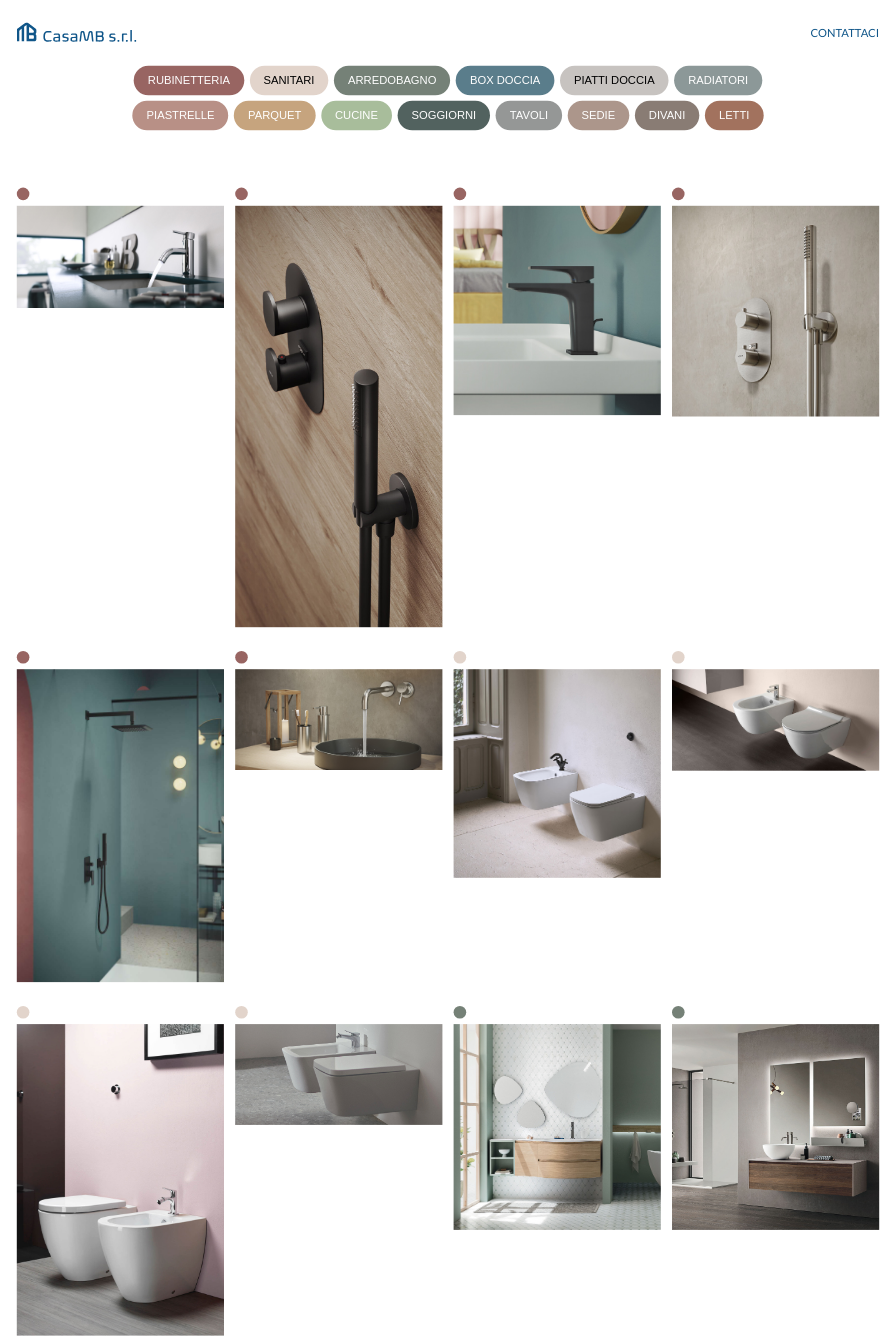
Repository: nicolorz/casamb
Page: /
An editor plug-in stored every save of this project. The page is shown before and after the next save, followed by the edit.
The browser window is 1280 px wide. The pictures show the part of the page from y = 0 to 1920 px (the page is 6912 px tall before and 4666 px after), at 70% of full size.
The project was rebuilt for these pictures with package versions that can differ from the ones it lists, and the page was loaded fresh each time. Also part of the build but not shown: src/index.css, src/App.css.

Above is the page before, as saved 2023-07-19 19:26:04.

### src/index.js
import React from 'react';
import ReactDOM from 'react-dom/client';
import './index.css';
import './assets/css/reset.css'
import './assets/css/style.css'
import App from './App';
import reportWebVitals from './reportWebVitals';

const root = ReactDOM.createRoot(document.getElementById('root'));
root.render(
  <React.StrictMode>
    <App />
  </React.StrictMode>
);

// If you want to start measuring performance in your app, pass a function
// to log results (for example: reportWebVitals(console.log))
// or send to an analytics endpoint. Learn more: https://bit.ly/CRA-vitals
reportWebVitals();

### src/assets/css/style.css
@import url('https://fonts.googleapis.com/css2?family=Lato:ital,wght@0,300;0,400;0,700;1,300;1,400;1,700&display=swap');

html, body {
  margin: 0;
  padding: 0;
  font-size: 16px;
  font-family: 'Lato', sans-serif;
}

.main-wrapper {
  width: 100vw;
  background-color: #fff;
  padding: 0 24px 10rem 24px;
  box-sizing: border-box;
}

a:link, a:visited {
  color: #105689;
  text-decoration: none;
}

### src/App.js
import logo from './logo.svg';
import './App.css';
import  {Header} from './components/HeaderWrapper/HeaderWrapper';
import { CardWrapper } from './components/CardWrapper/CardWrapper';

function App() {

  return (
    <div className="main-wrapper">
      <Header />
      <CardWrapper />
    </div>
  );
}

export default App;

### src/components/HeaderWrapper/HeaderWrapper.js
import './Header.css'
import { HeaderBottom } from './HeaderBottom'
import { HeaderTop } from './HeaderTop'

export const Header = () => {
    return <div id="header" className="header">
        <HeaderTop />
        <HeaderBottom />
    </div>
}

### src/components/CardWrapper/CardWrapper.js
import './CardWrapper.css'
import { CardItem } from './CardItem';
import { useState, useEffect } from 'react';


const images = [
    {
        source: '/img/001-rubinetteria/rubinetteria-1.jpg',
        tag: 'rubinetteria',
        info: 'interior design'
    },
    {
        source: '/img/001-rubinetteria/rubinetteria-2.jpg',
        tag: 'rubinetteria',
        info: 'interior design'
    },
    {
        source: '/img/001-rubinetteria/rubinetteria-3.jpg',
        tag: 'rubinetteria',
        info: 'interior design'
    },
    {
        source: '/img/001-rubinetteria/rubinetteria-4.jpg',
        tag: 'rubinetteria',
        info: 'interior design'
    },
    {
        source: '/img/001-rubinetteria/rubinetteria-5.jpg',
        tag: 'rubinetteria',
        info: 'interior design'
    },
    {
        source: '/img/001-rubinetteria/rubinetteria-6.jpg',
        tag: 'rubinetteria',
        info: 'interior design'
    },
    {
        source: '/img/002-sanitari/sanitari-1.jpg',
        tag: 'sanitari',
        info: 'interior design'
    },
    {
        source: '/img/002-sanitari/sanitari-2.jpg',
        tag: 'sanitari',
        info: 'interior design'
    },
    {
        source: '/img/002-sanitari/sanitari-3.jpg',
        tag: 'sanitari',
        info: 'interior design'
    },
    {
        source: '/img/002-sanitari/sanitari-4.jpg',
        tag: 'sanitari',
        info: 'interior design'
    },
    {
        source: '/img/003-arredobagno/arredobagno-1.jpg',
        tag: 'arredobagno',
        info: 'interior design'
    },
    {
        source: '/img/003-arredobagno/arredobagno-2.jpg',
        tag: 'arredobagno',
        info: 'interior design'
    },
    {
        source: '/img/003-arredobagno/arredobagno-3.jpg',
        tag: 'arredobagno',
        info: 'interior design'
    },
    {
        source: '/img/003-arredobagno/arredobagno-4.jpg',
        tag: 'arredobagno',
        info: 'interior design'
    },
    {
        source: '/img/003-arredobagno/arredobagno-5.jpg',
        tag: 'arredobagno',
        info: 'interior design'
    },
    {
        source: '/img/004-box-doccia/box-doccia-1.jpg',
        tag: 'boxdoccia',
        info: 'interior design'
    },
    {
        source: '/img/004-box-doccia/box-doccia-2.jpg',
        tag: 'boxdoccia',
        info: 'interior design'
    },
    {
        source: '/img/004-box-doccia/box-doccia-3.jpg',
        tag: 'boxdoccia',
        info: 'interior design'
    },
    {
        source: '/img/005-piatti-doccia/piatti-doccia-1.jpg',
        tag: 'piattidoccia',
        info: 'interior design'
    },
    {
        source: '/img/005-piatti-doccia/piatti-doccia-2.jpg',
        tag: 'piattidoccia',
        info: 'interior design'
    },
    {
        source: '/img/005-piatti-doccia/piatti-doccia-3.jpg',
        tag: 'piattidoccia',
        info: 'interior design'
    },
    {
        source: '/img/006-radiatori/radiatori-1.jpg',
        tag: 'radiatori',
        info: 'interior design'
    },
    {
        source: '/img/006-radiatori/radiatori-2.jpg',
        tag: 'radiatori',
        info: 'interior design'
    },
    {
        source: '/img/006-radiatori/radiatori-3.jpg',
        tag: 'radiatori',
        info: 'interior design'
    },
    {
        source: '/img/007-piastrelle/piastrelle-1.jpg',
        tag: 'piastrelle',
        info: 'interior design'
    },
    {
        source: '/img/007-piastrelle/piastrelle-2.jpg',
        tag: 'piastrelle',
        info: 'interior design'
    },
    {
        source: '/img/007-piastrelle/piastrelle-3.jpg',
        tag: 'piastrelle',
        info: 'interior design'
    },
    {
        source: '/img/007-piastrelle/piastrelle-4.jpg',
        tag: 'piastrelle',
        info: 'interior design'
    },
    {
        source: '/img/008-parquet/parquet-1.jpg',
        tag: 'parquet',
        info: 'interior design'
    },
    {
        source: '/img/008-parquet/parquet-2.jpg',
        tag: 'parquet',
        info: 'interior design'
    },
    {
        source: '/img/008-parquet/parquet-3.jpg',
        tag: 'parquet',
        info: 'interior design'
    },
    {
        source: '/img/008-parquet/parquet-4.jpg',
        tag: 'parquet',
        info: 'interior design'
    },
    {
        source: '/img/008-parquet/parquet-5.jpg',
        tag: 'parquet',
        info: 'interior design'
    },
    {
        source: '/img/008-parquet/parquet-6.jpg',
        tag: 'parquet',
        info: 'interior design'
    },
    {
        source: '/img/009-cucine/cucine-1.jpg',
        tag: 'cucine',
        info: 'interior design'
    },
    {
        source: '/img/009-cucine/cucine-2.jpg',
        tag: 'cucine',
        info: 'interior design'
    },
    {
        source: '/img/009-cucine/cucine-3.jpg',
        tag: 'cucine',
        info: 'interior design'
    },
    {
        source: '/img/010-soggiorni/soggiorni-1.jpg',
        tag: 'soggiorni',
        info: 'interior design'
    },
    {
        source: '/img/010-soggiorni/soggiorni-2.jpg',
        tag: 'soggiorni',
        info: 'interior design'
    },
    {
        source: '/img/010-soggiorni/soggiorni-3.jpg',
        tag: 'soggiorni',
        info: 'interior design'
    },
    {
        source: '/img/011-tavoli/tavoli-1.jpg',
        tag: 'tavoli',
        info: 'interior design'
    },
    {
        source: '/img/011-tavoli/tavoli-2.jpg',
        tag: 'tavoli',
        info: 'interior design'
    },
    {
        source: '/img/011-tavoli/tavoli-3.jpg',
        tag: 'tavoli',
        info: 'interior design'
    },
    {
        source: '/img/012-sedie/sedie-1.jpg',
        tag: 'sedie',
        info: 'interior design'
    },
    {
        source: '/img/012-sedie/sedie-2.jpg',
        tag: 'sedie',
        info: 'interior design'
    },
    {
        source: '/img/012-sedie/sedie-3.jpg',
        tag: 'sedie',
        info: 'interior design'
    },
    {
        source: '/img/013-divani/divani-1.jpg',
        tag: 'divani',
        info: 'interior design'
    },
    {
        source: '/img/013-divani/divani-2.jpg',
        tag: 'divani',
        info: 'interior design'
    },
    {
        source: '/img/014-letti/letti-1.jpg',
        tag: 'letti',
        info: 'interior design'
    },
    {
        source: '/img/014-letti/letti-2.jpg',
        tag: 'letti',
        info: 'interior design'
    },
]

export const CardWrapper = () => {
    const [headerHeight, setHeaderHeight] = useState(0)
    /* const pippo = document.getElementById("header").offsetHeight(); */
    useEffect(() => {
        const handler = () => {
            let m = 96;

            if(window.innerWidth >= 1240) {
                m = 96;
            } else if (window.innerWidth >= 996) {
                m = 96;
            } else if (window.innerWidth >= 768) {
                m = 96;
            }

            const el = document.getElementById("header");
            setHeaderHeight(el.offsetHeight + m);
        }
        window.addEventListener('resize', handler);
        handler();

        return () => {
            window.removeEventListener('resize', handler);
        }
    }, [])

    return (
        <div className="card-wrapper" style={{marginTop: headerHeight}}>
            {images.map((img) => {
                return (
                    <CardItem
                    key={img.source}
                    card={img}
                 />
                )
            })}
        </div>
    )
};

### src/components/HeaderWrapper/Header.css
.header {
    width: 100vw;
    padding: 0 24px;
    box-sizing: border-box;
    position: fixed;
    top: 0;
    left: 0;
}

.header-top {
    width: 100%;
    display: flex;
    flex-flow: row nowrap;
    justify-content: space-between;
    align-items: center;
}

.header-top_logo {
    padding: 2rem 0;
}

.header-bottom {
    width: 100%;
    display: flex;
    flex-flow: column nowrap;
    align-items: center;
}

.sorting-area {
    max-width: 996px;
    display: flex;
    flex-flow: row wrap;
    justify-content: center;
    gap: 0.5rem;
}

### src/components/HeaderWrapper/HeaderBottom.js
import { SortingBtn } from "../SortingBtn/Sortingbtn"

export const sortingButtons = [
    {
        tag: 'rubinetteria',
        label: 'rubinetteria',
        backgroundColor: '#986562',
    },
    {
        tag: 'sanitari',
        label: 'sanitari',
        backgroundColor: '#E2D4CB',
        textColor: '#000'
    },
    {
        tag: 'arredobagno',
        label: 'arredobagno',
        backgroundColor: '#758177',
    },
    {
        tag: 'boxdoccia',
        label: 'box doccia',
        backgroundColor: '#5A7D8B',
    },
    {
        tag: 'piattidoccia',
        label: 'piatti doccia',
        backgroundColor: '#C7C3C0',
        textColor: '#000'
    },
    {
        tag: 'radiatori',
        label: 'radiatori',
        backgroundColor: '#8C9898',
    },
    {
        tag: 'piastrelle',
        label: 'piastrelle',
        backgroundColor: '#B89086',
    },
    {
        tag: 'parquet',
        label: 'parquet',
        backgroundColor: '#C6A47E',
    },
    {
        tag: 'cucine',
        label: 'cucine',
        backgroundColor: '#A8BD9B',
    },
    {
        tag: 'soggiorni',
        label: 'soggiorni',
        backgroundColor: '#52625F',
    },
    {
        tag: 'tavoli',
        label: 'tavoli',
        backgroundColor: '#959796',
    },
    {
        tag: 'sedie',
        label: 'sedie',
        backgroundColor: '#AC968B',
    },
    {
        tag: 'divani',
        label: 'divani',
        backgroundColor: '#897C74',
    },
    {
        tag: 'letti',
        label: 'letti',
        backgroundColor: '#A2725E',
    },
];

export const HeaderBottom = () => {
    return (
        <div className="header-bottom">
            <div className="sorting-area">
                {sortingButtons.map((el) => {
                    return (
                        <SortingBtn key={el.tag} button={el} />
                    )
                })}
            </div>
        </div>
    )
}

### src/components/HeaderWrapper/HeaderTop.js
import logo from './logo-casaMB.svg';

export const HeaderTop = () => {
    return <div className="header-top">
        <div className="header-top_logo">
            <img src={logo} alt="logo" />
        </div>
        <a href="*" target="_self">CONTATTACI</a>
    </div>
}

### src/components/CardWrapper/CardWrapper.css
.card-wrapper {
    width: 100%;
    display: grid;
    grid-template-columns: repeat(4, 1fr);
    row-gap: 2rem;
    column-gap: 1rem;
}

### src/components/CardWrapper/CardItem.js
import './CardItem.css'

export const colorCodes = {
    rubinetteria: '#986562',
    sanitari: '#E2D4CB',
    arredobagno: '#758177',
    boxdoccia: '#5A7D8B',
    piattidoccia: '#C7C3C0',
    radiatori: '#8C9898',
    piastrelle: '#B89086',
    parquet: '#C6A47E',
    cucine: '#A8BD9B',
    soggiorni: '#52625F',
    tavoli: '#959796',
    sedie: '#AC968B',
    divani: '#897C74',
    letti: '#A2725E'
}

export const CardItem = ({card}) => {
    return (
        <div className="card-item">
            <div
                className="cat"
                style={{backgroundColor: colorCodes[card.tag]}}
            />
            <img src={card.source} alt={card.info} />
        </div>
    )
}

### src/components/SortingBtn/Sortingbtn.js
import './Sortingbtn.css'
import { colorCodes } from "../CardWrapper/CardItem";

export const SortingBtn = ({button}) => {
    return <button
        className="sorting-btn"
        style={{
            backgroundColor: colorCodes[button.tag],
            // color: button.color ? '#fff' : button.textColor
            color: button.textColor ?? 'fff'
        }}
        >
            {button.label.toUpperCase()}
        </button>
};

### src/components/CardWrapper/CardItem.css
.card-item {
    width: 100%;
}

.card-item > .cat {
    width: 18px;
    height: 18px;
    background-color: #986562;
    border-radius: 50%;
    -webkit-border-radius: 50%;
    -moz-border-radius: 50%;
    -ms-border-radius: 50%;
    -o-border-radius: 50%;
}

.card-item > img {
    width: 100%;
    margin-top: 0.5rem;
}

### src/components/SortingBtn/Sortingbtn.css
.sorting-btn {
    background-color: #62A1FF;
    color: #fff;
    padding: 12px 20px;
    border: none;
    border-radius: 50px;
    -webkit-border-radius: 50px;
    -moz-border-radius: 50px;
    -ms-border-radius: 50px;
    -o-border-radius: 50px;
    font-size: 16px;
    cursor: pointer;
    transition: all 0.3s;
    -webkit-transition: all 0.3s;
    -moz-transition: all 0.3s;
    -ms-transition: all 0.3s;
    -o-transition: all 0.3s;
}

.sorting-btn:hover {
    background-color: #4B84DA;
}

Loaded but not shown: public/index.html (common file); src/assets/css/reset.css (common file); src/reportWebVitals.js (common file)

After the next save:
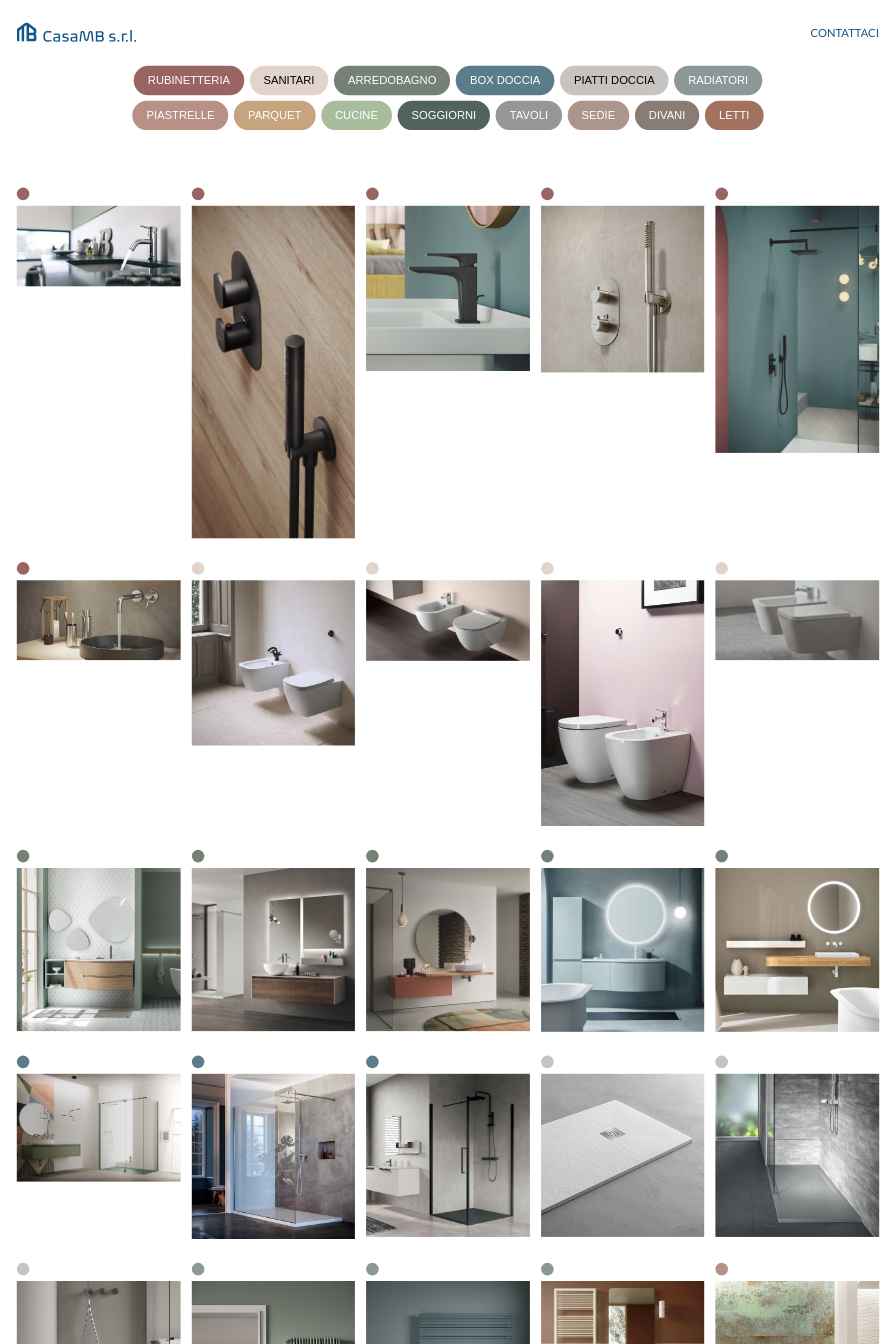
Saved 53 min 11 s later.
--- a/src/components/CardWrapper/CardWrapper.css
+++ b/src/components/CardWrapper/CardWrapper.css
@@ -1,7 +1,7 @@
 .card-wrapper {
     width: 100%;
     display: grid;
-    grid-template-columns: repeat(4, 1fr);
+    grid-template-columns: repeat(5, 1fr);
     row-gap: 2rem;
     column-gap: 1rem;
 }

After the save that followed:
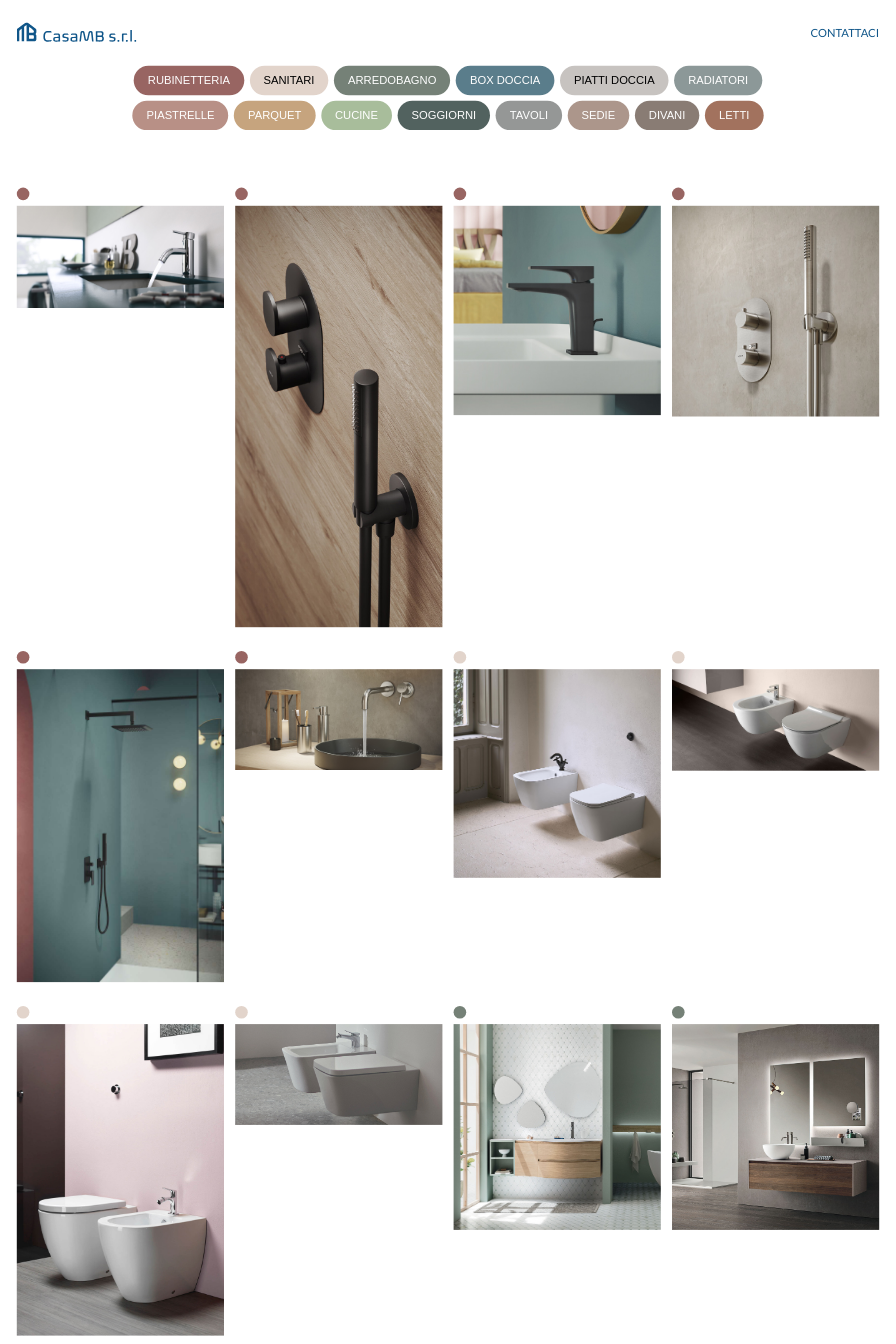
Saved 54 s later.
--- a/src/components/CardWrapper/CardWrapper.css
+++ b/src/components/CardWrapper/CardWrapper.css
@@ -1,7 +1,7 @@
 .card-wrapper {
     width: 100%;
     display: grid;
-    grid-template-columns: repeat(5, 1fr);
+    grid-template-columns: repeat(4, 1fr);
     row-gap: 2rem;
     column-gap: 1rem;
 }
